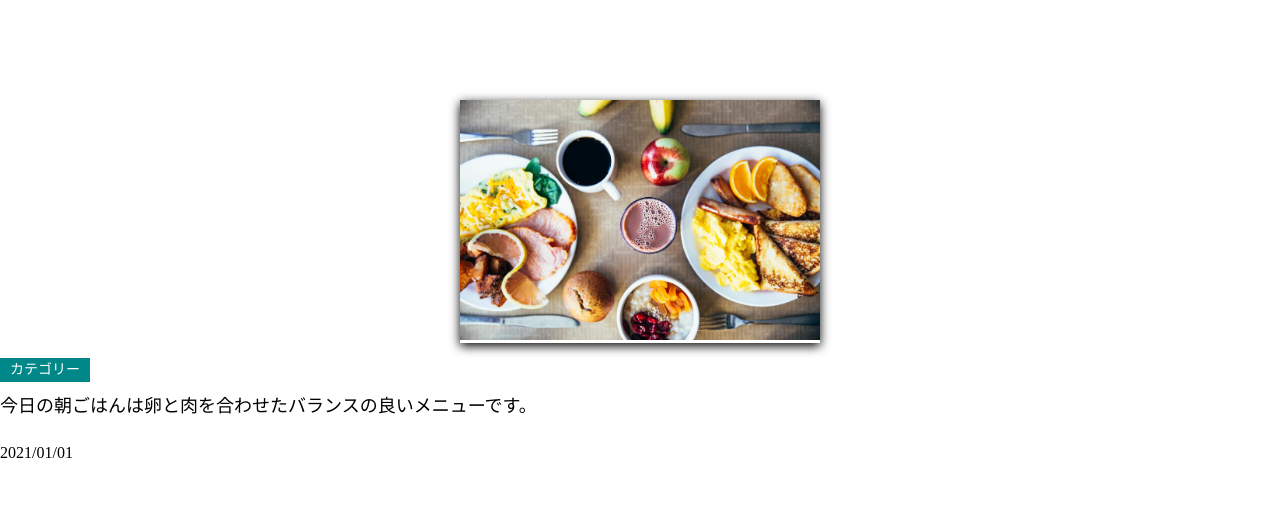
Repository: yosuke257/20231104_watanabe_css
Page: coachtech/html-css/index.html
The author's editor kept a copy of each file at every save. The page is drawn from the files as they stood at one save, then again after the next save.
The browser window is 1280 px wide. The pictures show the whole page.

Above is the page before, as saved 2023-10-23 00:30:54.

### coachtech/html-css/index.html
<!DOCTYPE html>
<html lang="ja">

<head>
    <meta charset="UTF-8">
    <meta name="viewport" content="width=device-width, initial-scale=1.0">
    <title>Document</title>
    <link rel="stylesheet" href="css/style.css" />
    <link rel="stylesheet" href="css/reset.css" />
</head>

<body>
    <div class="card">
        <div class="card__img">
            <img src="img/card.jpg" alt="">
        </div>
    </div>

    <div class="card__content">
        <div class="card__content-cat">カテゴリー</div>
        <h2 class="card__content-ttl">
            今日の朝ごはんは卵と肉を合わせたバランスの良いメニューです。
        </h2>
        <div class="card__content-tag">
            <p class="card__content-tag-item"></p>
            <p class="card__content-tag-item card__content-tag-item--last">2021/01/01</p>
        </div>
    </div>

</body>

</html>

### coachtech/html-css/css/style.css
.card {
    width: 360px;
    margin: 100px auto 0;
    box-shadow: 0px 3px 10px rgba(0, 0, 0, 2);
}

.card__img img {
    width: 100%;
}

.card__content{
    padding: ;
}
.card__content-cat {
    font-size: 14px;
    background-color: #008888;
    color: #fff;
    margin: 15px 0 15px 0;
    padding: 5px 10px;
    display: inline-block;
}

.card__content-ttl {
    font-size: 18px;
    margin-bottom: 30px;
    font-weight: 400;
}

### coachtech/html-css/css/reset.css
 /*
html5doctor.com Reset Stylesheet
v1.6.1
Last Updated: 2010-09-17
Author: Richard Clark - http://richclarkdesign.com
Twitter: @rich_clark
*/

 html,
 body,
 div,
 span,
 object,
 iframe,
 h1,
 h2,
 h3,
 h4,
 h5,
 h6,
 p,
 blockquote,
 pre,
 abbr,
 address,
 cite,
 code,
 del,
 dfn,
 em,
 img,
 ins,
 kbd,
 q,
 samp,
 small,
 strong,
 sub,
 sup,
 var,
 b,
 i,
 dl,
 dt,
 dd,
 ol,
 ul,
 li,
 fieldset,
 form,
 label,
 legend,
 table,
 caption,
 tbody,
 tfoot,
 thead,
 tr,
 th,
 td,
 article,
 aside,
 canvas,
 details,
 figcaption,
 figure,
 footer,
 header,
 hgroup,
 menu,
 nav,
 section,
 summary,
 time,
 mark,
 audio,
 video {
     margin: 0;
     padding: 0;
     border: 0;
     outline: 0;
     font-size: 100%;
     vertical-align: baseline;
     background: transparent;
 }

 body {
     line-height: 1;
 }

 article,
 aside,
 details,
 figcaption,
 figure,
 footer,
 header,
 hgroup,
 menu,
 nav,
 section {
     display: block;
 }

 nav ul {
     list-style: none;
 }

 blockquote,
 q {
     quotes: none;
 }

 blockquote:before,
 blockquote:after,
 q:before,
 q:after {
     content: '';
     content: none;
 }

 a {
     margin: 0;
     padding: 0;
     font-size: 100%;
     vertical-align: baseline;
     background: transparent;
 }

 /* change colours to suit your needs */
 ins {
     background-color: #ff9;
     color: #000;
     text-decoration: none;
 }

 /* change colours to suit your needs */
 mark {
     background-color: #ff9;
     color: #000;
     font-style: italic;
     font-weight: bold;
 }

 del {
     text-decoration: line-through;
 }

 abbr[title],
 dfn[title] {
     border-bottom: 1px dotted;
     cursor: help;
 }

 table {
     border-collapse: collapse;
     border-spacing: 0;
 }

 /* change border colour to suit your needs */
 hr {
     display: block;
     height: 1px;
     border: 0;
     border-top: 1px solid #cccccc;
     margin: 1em 0;
     padding: 0;
 }

 input,
 select {
     vertical-align: middle;
 }

After the next save:
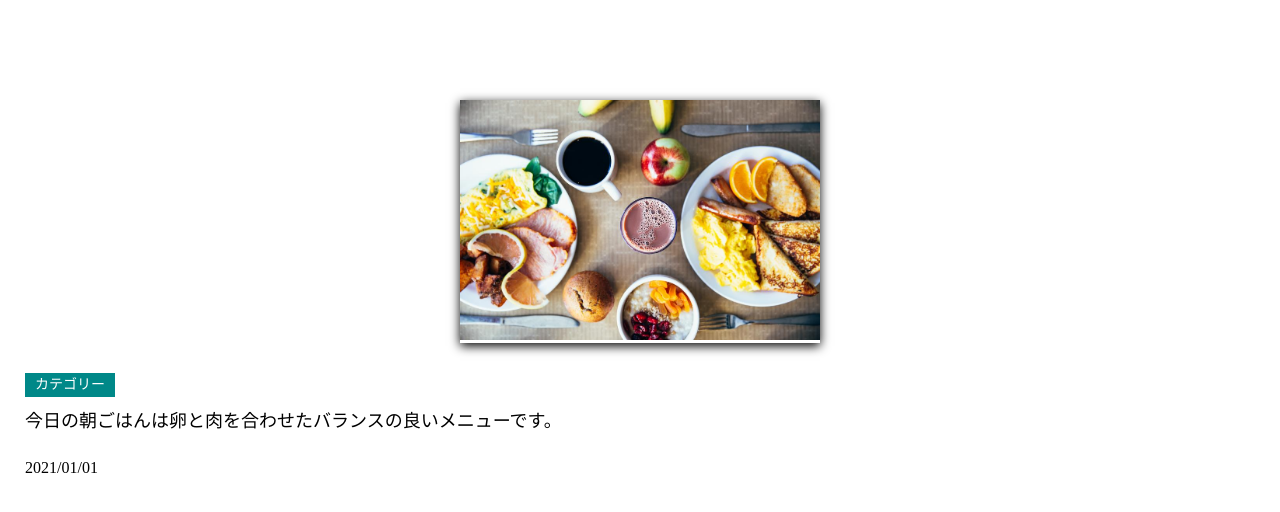
Saved 51 s later.
--- a/coachtech/html-css/css/style.css
+++ b/coachtech/html-css/css/style.css
@@ -8,9 +8,10 @@
     width: 100%;
 }
 
-.card__content{
-    padding: ;
+.card__content {
+    padding: 15px 25px;
 }
+
 .card__content-cat {
     font-size: 14px;
     background-color: #008888;
